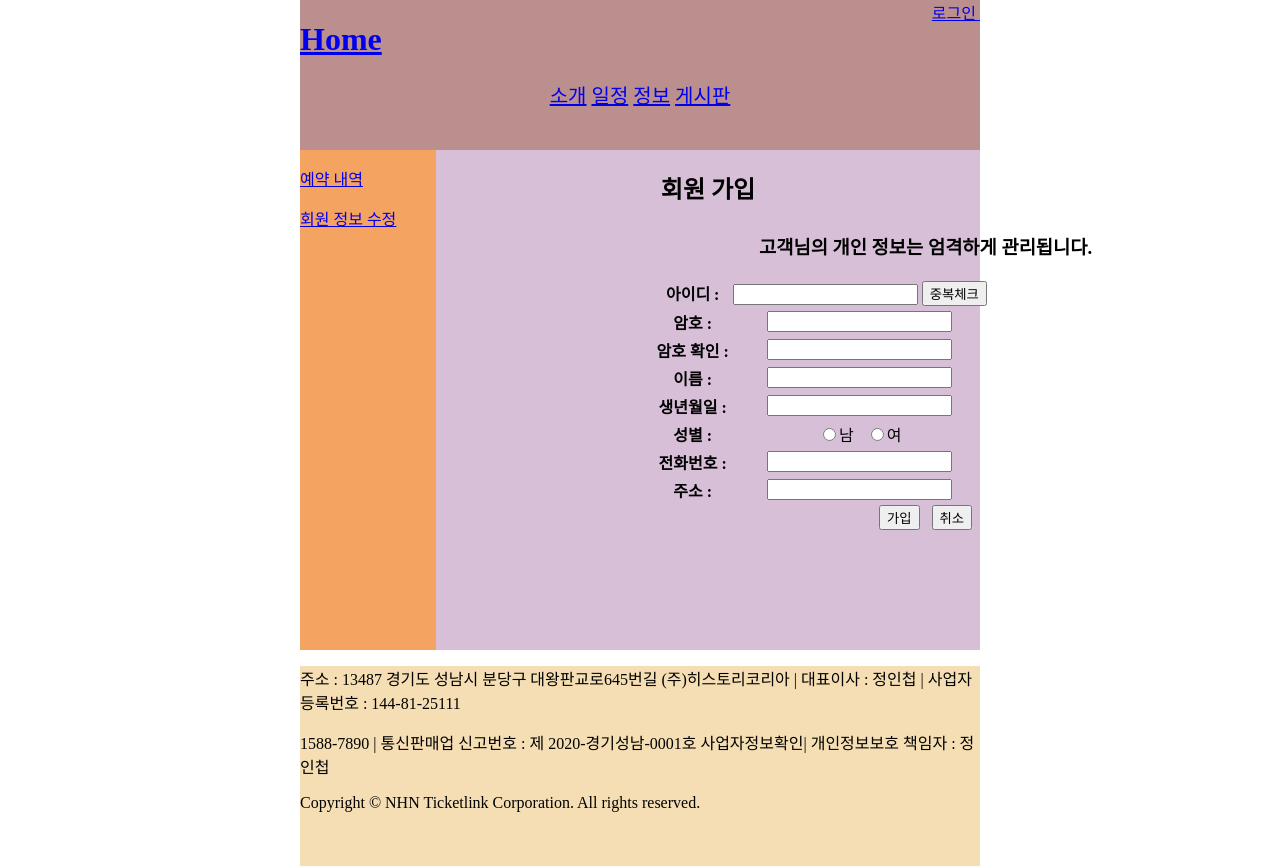
Repository: dlscjq34/JSP_historyTour
Page: http://localhost/HistoryTour/WEB-INF/views/member/joinMember.jsp
These files come from the project's save history. The page is drawn as it stood at one moment and after the next save; the edit follows.
The browser window is 1280 px wide. The pictures show the whole page.
The page is served by Tomcat 9. Nobody is signed in. Other server files are loaded and not shown. The template is opened directly, without the code that normally fills it, so the values that code supplies are empty.

Above is the page before, as saved 2020-12-21 03:38:47.

### HistoryTour/WebContent/WEB-INF/views/member/joinMember.jsp
<%@ page language="java" contentType="text/html; charset=UTF-8"
    pageEncoding="UTF-8"%>
<!DOCTYPE html>
<html lang="en">
<head>
    <jsp:include page="/WEB-INF/views/include/head.jsp" />
    <link rel="stylesheet" href="css/joinMember.css">
</head>
<body>
    <!-- <header> -->
    <jsp:include page="/WEB-INF/views/include/header.jsp" />


    <!-- center = <aside> + <article> -->
    <div class="center">
        <aside>
            <p><a href="ticket.do">예약 내역</a></p>
            <p><a href="editMember.do">회원 정보 수정</a></p>
        </aside>

        <article>
            <h1>회원 가입</h1>
                <form action="joinMemberPro.do" method="post" name="frm" onsubmit="return lenCheck()">

                    <h3>고객님의 개인 정보는 엄격하게 관리됩니다.</h3>
                    <table>
	               		<tr>
	               			<th>아이디 :
	               			<td><input type="text" name="id" id="id" />
	               				<input type="button" onclick="dupCheck()" value="중복체크">
	               		</tr>
	               		<tr>
	               			<th>암호 :
	               			<td><input type="password" name="pswd1" id="pswd1" required/>
	               		</tr>
	               		<tr>
	               			<th>암호 확인 :
	               			<td><input type="password" name="pswd2" id="pswd2" required onkeyup="pwCheck()"/>
	               				<span id="pwStatus"></span>
	               		</tr>
	               		<tr>
	               			<th>이름 :
	               			<td><input type="text" name="name" id="name" required/>
	               		</tr>
	               		<tr>
	               			<th>생년월일 :
	               			<td><input type="text" name="birth" id="birth" required/>
	               		</tr>
	               		<tr>
	               			<th>성별 :
	               			<td><input type="radio" name="gender" id="man" value="1" required />남 &nbsp;
	               				<input type="radio" name="gender" id="woman" value="2" required />여
	               		</tr>
	               		<tr>
	               			<th>전화번호 :
	               			<td><input type="text" name="tel" id="tel" required>
	               		</tr>
	               		<tr>
	               			<th>주소 :
	               			<td><input type="text" name="address" id="address" required>
	               		</tr>
               		</table>
                <input type="submit" name="enroll" class="enroll" value="가입"> &nbsp;
                <input type="reset" value="취소">
                </form>
        </article>
    </div>


    <!-- <footer> -->
    <jsp:include page="/WEB-INF/views/include/footer.jsp" />

</body>

<script>
	function dupCheck() {
		let id = document.frm.id.value;
		if(id == '') {
			alert("아이디를 입력하세요");
			document.frm.id.focus();
			return;
		}
		window.open('joinCheck.do?id='+id, 'joinCheck', 'width=600, height=300');
	}

	function lenCheck() {
		let id = document.frm.id.value.trim();

		if(!(id.length >= 3 && id.length <=12)) {
			alert("아이디는 3에서 12글자만 입력 가능합니다.");
			document.frm.id.select();
			return false;
		}
	}

	function pwCheck() {
		pw1 = document.frm.pswd1.value;
		pw2 = document.frm.pswd2.value;
		pwStatus = document.getElementById("pwStatus");

		if(pw1 == pw2) {
			pwStatus.innerHTML = "패스워드 확인";
			pwStatus.style.color = "blue"
		}
		else {
			pwStatus.innerHTML = "패스워드 틀림";
			pwStatus.style.color = "red"
		}
	}

/* 	<tr>
		<th>암호 :
		<td><input type="password" name="pswd1" id="pswd1" required/>
	</tr>
	<tr>
		<th>암호 확인 :
		<td><input type="password" name="pswd2" id="pswd2" required onkeyup="pwCheck()"/>
			<span class="pwStatus"></span>
	</tr> */
</script>

</html>

### HistoryTour/WebContent/WEB-INF/views/include/head.jsp
<%@ page language="java" contentType="text/html; charset=UTF-8"
    pageEncoding="UTF-8"%>
<meta charset="UTF-8">
<meta name="viewport" content="width=device-width, initial-scale=1.0">
<title>Document</title>
<link rel="stylesheet" href="css/common.css">

### HistoryTour/WebContent/WEB-INF/views/include/header.jsp
<%@ page language="java" contentType="text/html; charset=UTF-8"
    pageEncoding="UTF-8"%>
<%@ taglib prefix="c" uri="http://java.sun.com/jsp/jstl/core" %>
<%
	//쿠키에 아이디가 있으면 세션으로 빼온다.
	Cookie[] cookies = request.getCookies();

	if (cookies != null) {
		for(Cookie cookie : cookies) {
			if(cookie.getName().equals("id")) {
				String id = cookie.getValue();
				session.setAttribute("id", id);
			}
		}
	}

	String id = (String)session.getAttribute("id");
%>

<header>
    <div class="home-line">
        <h1><a href="index.do">Home</a></h1>
        <!-- 세션으로 빼온 아이디가 있으면 -->
<%
			if (id != null) {
%>
        		${ id } 님 반갑습니다.&nbsp;
        		<a href="myPage.do">마이페이지</a>&nbsp;
        		<a href="logoutPro.do">로그아웃</a>
<%
			} else {
%>
        	<!-- 세션으로 빼온 아이디가 없으면 -->
        		 <a href="login.do">로그인&nbsp;</a>
<%
			}
%>

    </div>
    <div class="menu">
        <a href="intro.do">소개</a>
        <a href="schedule.do">일정</a>
        <a href="information.do">정보</a>
        <a href="board.do">게시판</a>
    </div>
</header>

### HistoryTour/WebContent/WEB-INF/views/include/footer.jsp
<%@ page language="java" contentType="text/html; charset=UTF-8"
    pageEncoding="UTF-8"%>
<footer>
    <p>주소 : 13487 경기도 성남시 분당구 대왕판교로645번길 (주)히스토리코리아 | 대표이사 : 정인첩 | 사업자등록번호 : 144-81-25111</p>
    <p>1588-7890 |  통신판매업 신고번호 : 제 2020-경기성남-0001호 사업자정보확인| 개인정보보호 책임자 : 정인첩</p>
    <p>Copyright © NHN Ticketlink Corporation. All rights reserved.</p>
</footer>

### HistoryTour/WebContent/css/common.css
body {
  grid-template-columns: 1fr 1fr;
  box-sizing: border-box;
  margin: 0 300px;
}

/* header ----------------------------------------------- */

header {
  background: rosybrown;
  height: 150px;
}
header .home-line {
  display: flex;
}
header .home-line h1 {
  flex: 1;
}
header .menu {
  text-align: center;
  font-size: 20px;
}

/* <aside> <article> ----------------------------------------------- */

.center {
  display: flex;
  height: 500px;
  background: turquoise;
}
.center aside {
  background: sandybrown;
  flex: 2;
}
.center article {
  background: thistle;
  flex: 8;
  text-align: center;
}


/* footer ----------------------------------------------- */

footer {
  background: wheat;
  height: 200px;
}

### HistoryTour/WebContent/css/joinMember.css

.center article form fieldset input{
  margin: 1% 0;
}
.center article form  {
  position: relative;
  margin-top: 5%;
  left: 40%;
  /* width: 100px;
  font-size: 20px; */
}

After the next save:
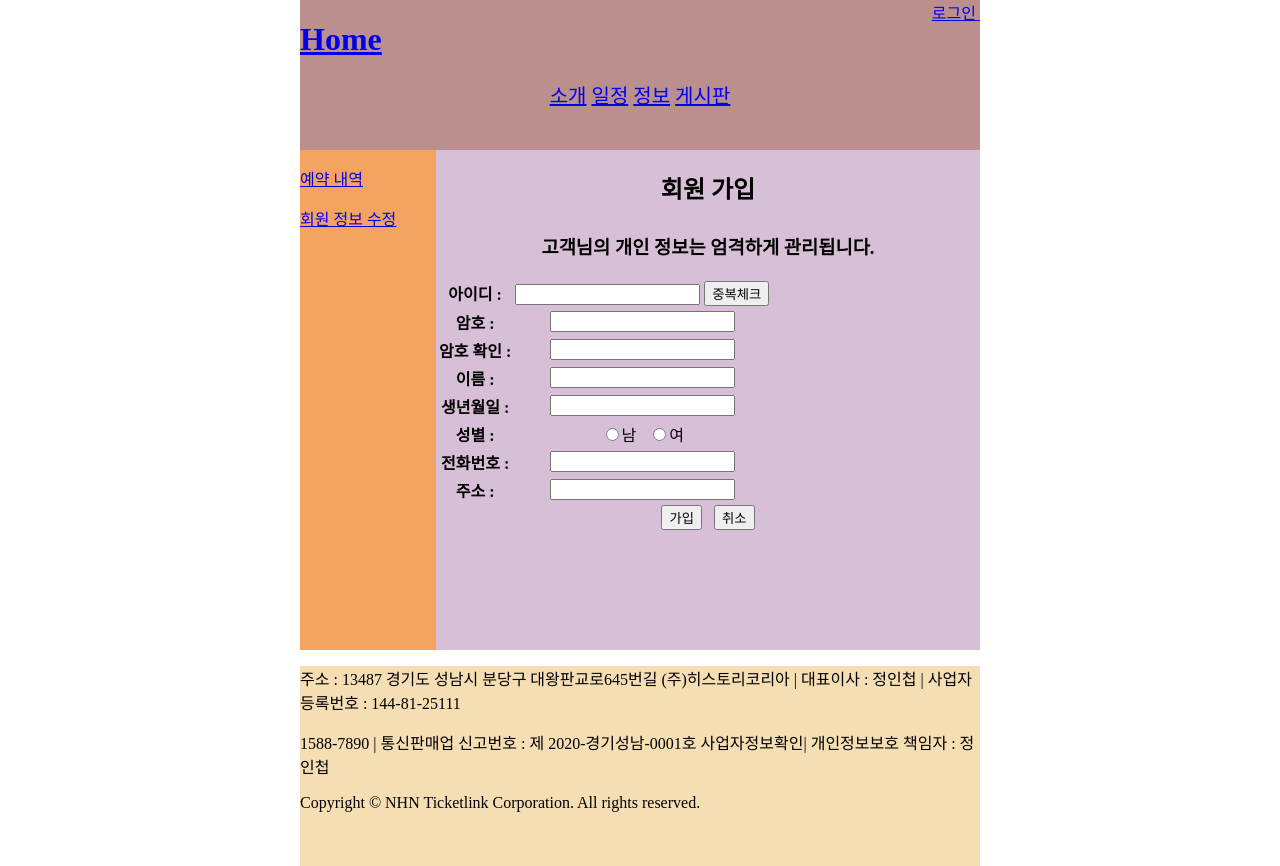
Saved 16 s later.
--- a/HistoryTour/WebContent/css/joinMember.css
+++ b/HistoryTour/WebContent/css/joinMember.css
@@ -5,7 +5,7 @@
 .center article form  {
   position: relative;
   margin-top: 5%;
-  left: 40%;
+  padding: auto;
   /* width: 100px;
   font-size: 20px; */
 }
